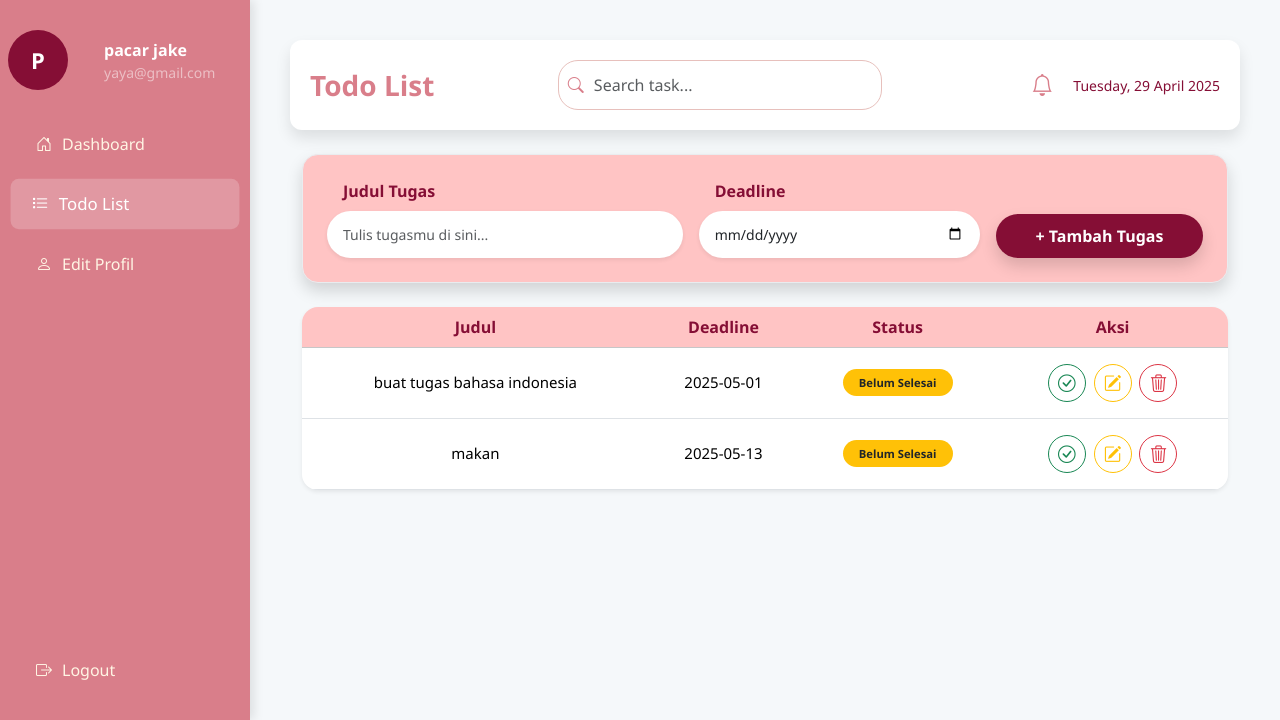
Repository: zhr-nabila/FloTime
Page: http://localhost/todo.php
These files come from the project's save history. The page is drawn as it stood at one moment and after the next save; the edit follows.
The browser window is 1280 px wide. The pictures show the whole page.
The page is run by PHP 8.4 with error messages shown; the project is at /var/www/html/. The session is filled in as if someone had signed in: {"email": "yaya@gmail.com", "status": "login", "user_id": 2}. Other server files are loaded and not shown. The database holds what the project's SQL file puts in it.

Above is the page before, as saved 2025-04-30 19:58:23.

### todo.php
<?php
session_start();
require 'koneksi.php';

// cek login
if (!isset($_SESSION['status']) || $_SESSION['status'] != "login") {
    header("Location: login.php");
    exit();
}

$user_id = $_SESSION['user_id'];
$email = $_SESSION['email'];

$search = isset($_GET['search']) ? trim($_GET['search']) : '';

// tambah task
if (isset($_POST['add_task'])) {
    $title = trim($_POST['title']);
    $deadline = $_POST['deadline'];
    $created_at = date('Y-m-d H:i:s');

    $stmt = $conn->prepare("INSERT INTO todos (user_id, title, status, deadline, created_at) VALUES (?, ?, 'pending', ?, ?)");
    $stmt->bind_param("isss", $user_id, $title, $deadline, $created_at);
    $stmt->execute();
    $stmt->close();

    header("Location: todo.php");
    exit();
}

// nandain task selesai
if (isset($_GET['done'])) {
    $task_id = (int) $_GET['done'];
    $stmt = $conn->prepare("UPDATE todos SET status = 'completed' WHERE id = ? AND user_id = ?");
    $stmt->bind_param("ii", $task_id, $user_id);
    $stmt->execute();
    $stmt->close();

    header("Location: todo.php");
    exit();
}

// hapus task
if (isset($_GET['delete'])) {
    $task_id = (int) $_GET['delete'];
    $stmt = $conn->prepare("DELETE FROM todos WHERE id = ? AND user_id = ?");
    $stmt->bind_param("ii", $task_id, $user_id);
    $stmt->execute();
    $stmt->close();

    header("Location: todo.php");
    exit();
}

// ambil daftar tugas
if (!empty($search)) {
    $like_search = "%$search%";
    $stmt = $conn->prepare("SELECT * FROM todos WHERE user_id = ? AND title LIKE ? ORDER BY deadline ASC");
    $stmt->bind_param("is", $user_id, $like_search);
} else {
    $stmt = $conn->prepare("SELECT * FROM todos WHERE user_id = ? ORDER BY deadline ASC");
    $stmt->bind_param("i", $user_id);
}

$stmt->execute();
$result = $stmt->get_result();

if (!$result) {
    die("Query gagal: " . $conn->error);
}
?>


<!DOCTYPE html>
<html lang="en">

<head>
    <meta charset="UTF-8">
    <title>Todo List</title>
    <link href="https://cdn.jsdelivr.net/npm/bootstrap@5.3.3/dist/css/bootstrap.min.css" rel="stylesheet">
    <link href="https://cdn.jsdelivr.net/npm/bootstrap-icons@1.10.5/font/bootstrap-icons.css" rel="stylesheet">
    <link rel="stylesheet" href="css/style.css">
</head>

<body>
    <!-- sidebar -->
    <?php
    $activePage = 'todo';
    include 'includes/sidebar.php';
    ?>

    <div class="main-content">
        <!-- topbar -->
        <?php
        $pageTitle = "Todo List";
        include 'includes/topbar.php';
        ?>


        <div class="container mt-4">
            <!-- <h3 class="mb-3 fw-bold">Ayo buat pengingat dirimu</h3> -->
            <form method="POST" class="mb-4 px-4 py-4 rounded-4 shadow border border-light-subtle premium-form">
                <div class="row align-items-end g-3">
                    <div class="col-md-5">
                        <label class="form-label fw-semibold px-3">Judul Tugas</label>
                        <input type="text" name="title" class="form-control form-control-sm rounded-5 shadow-sm" placeholder="Tulis tugasmu di sini..." required>
                    </div>
                    <div class="col-md-4">
                        <label class="form-label fw-semibold px-3">Deadline</label>
                        <input type="date" name="deadline" class="form-control form-control-sm rounded-5 shadow-sm" required>
                    </div>
                    <div class="col-md-3 d-grid">
                        <button type="submit" name="add_task" class="btn btn-gradient shadow fw-semibold rounded-5">+ Tambah Tugas</button>
                    </div>
                </div>
            </form>


            <?php if ($result->num_rows > 0): ?>
                <div class="table-responsive shadow-sm rounded-4 overflow-hidden">
                    <table class="table table-hover align-middle mb-0 premium-table">
                        <thead class="table-light text-center">
                            <tr>
                                <th>Judul</th>
                                <th>Deadline</th>
                                <th>Status</th>
                                <th>Aksi</th>
                            </tr>
                        </thead>
                        <tbody>
                            <?php while ($row = $result->fetch_assoc()): ?>
                                <tr>
                                    <td><?= htmlspecialchars($row['title']) ?></td>
                                    <td><?= htmlspecialchars($row['deadline']) ?></td>
                                    <td class="text-center">
                                        <?php
                                        if ($row['status'] == 'completed') {
                                            echo "<span class='badge rounded-pill text-bg-success px-3 py-2'>Selesai</span>";
                                        } elseif (date('Y-m-d') > $row['deadline']) {
                                            echo "<span class='badge rounded-pill text-bg-danger px-3 py-2'>Terlambat</span>";
                                        } else {
                                            echo "<span class='badge rounded-pill text-bg-warning text-dark px-3 py-2'>Belum Selesai</span>";
                                        }
                                        ?>
                                    </td>
                                    <td class="text-center">
                                        <?php if ($row['status'] != 'completed'): ?>
                                            <a href="?done=<?= $row['id'] ?>" class="btn btn-icon btn-outline-success btn-sm me-1" title="Tandai selesai">
                                                <i class="bi bi-check-circle"></i>
                                            </a>
                                        <?php endif; ?>
                                        <a href="edit_task.php?id=<?= $row['id'] ?>" class="btn btn-icon btn-outline-warning btn-sm me-1" title="Edit tugas">
                                            <i class="bi bi-pencil-square"></i>
                                        </a>
                                        <a href="?delete=<?= $row['id'] ?>" onclick="return confirm('Hapus tugas ini?')" class="btn btn-icon btn-outline-danger btn-sm" title="Hapus tugas">
                                            <i class="bi bi-trash3"></i>
                                        </a>
                                    </td>

                                </tr>
                            <?php endwhile; ?>
                        </tbody>
                    </table>
                </div>
            <?php else: ?>
                <p class="text-muted mt-4 text-center">✨ Tidak ada tugas ditemukan. Buat yang baru, yuk!</p>
            <?php endif; ?>

        </div>
    </div>

</body>

</html>

### koneksi.php
<?php
$host = "localhost";
$user = "root";
$pass = "";
$db = "todolist";

$conn = mysqli_connect($host, $user, $pass, $db);

if (!$conn) {
    die("Koneksi gagal: " . mysqli_connect_error());
}

### includes/sidebar.php
<?php
if (!isset($_SESSION)) session_start();
include_once 'koneksi.php';

$email = $_SESSION['email'] ?? '';

// Ambil data user
$query = mysqli_query($conn, "SELECT * FROM users WHERE email = '$email'");
$user = mysqli_fetch_assoc($query);

// Ambil nama dan avatar
$name = $user['name'] ?? '';
$avatar = $user['avatar'] ?? null;

// Ambil inisial dari nama jika ada, kalau tidak dari email
$display_name = $name ?: $email;
$initial = strtoupper(substr($display_name, 0, 1));
?>

<div class="sidebar d-flex flex-column">
<div class="px-2 d-flex align-items-center mb-4">
        <div class="user-avatar">
            <?php if ($avatar && file_exists("uploads/$avatar")): ?>
                <img src="uploads/<?= htmlspecialchars($avatar) ?>" alt="Avatar">
            <?php else: ?>
                <?= $initial ?>
            <?php endif; ?>
        </div>
        <div class="ms-3">
            <div class="fw-semibold"><?= htmlspecialchars($name ?: 'User') ?></div>
            <div class="small text-white-50"><?= htmlspecialchars($email) ?></div>
        </div>
    </div>
    <nav class="nav flex-column px-3">
        <a class="nav-link <?= ($activePage == 'dashboard') ? 'active' : '' ?>" href="dashboard.php">
            <i class="bi bi-house-door"></i> Dashboard
        </a>
        <a class="nav-link <?= ($activePage == 'todo') ? 'active' : '' ?>" href="todo.php">
            <i class="bi bi-list-task"></i> Todo List
        </a>
        <a class="nav-link <?= ($activePage == 'profile') ? 'active' : '' ?>" href="profile.php">
            <i class="bi bi-person"></i> Edit Profil
        </a>
        <a class="nav-link logout" href="logout.php">
            <i class="bi bi-box-arrow-right"></i> Logout
        </a>
    </nav>
</div>

### includes/topbar.php
<div class="header">
    <div class="title"><?= isset($pageTitle) ? htmlspecialchars($pageTitle) : 'Untitled'; ?></div>
    <div class="search-bar">
        <form method="GET" action="todo.php" class="d-flex">
            <input type="text" name="search" class="form-control" placeholder="Search task..." value="<?= isset($_GET['search']) ? htmlspecialchars($_GET['search']) : '' ?>">
            <button type="submit" class="btn"><i class="bi bi-search"></i></button>
        </form>
    </div>

    <div class="notifications">
        <i class="bi bi-bell"></i>
        <div class="date"><?= date('l, d F Y') ?></div>
    </div>
</div>

### css/style.css
@import url('https://fonts.googleapis.com/css2?family=Poppins:wght@500&display=swap');

:root {
    --c0: #ffffff;
    --c1: #E3919F;
    --c2: #E7C0BC;
    --c3: #370808;
    --c4: #D97E8A;
    --c5: #EC9FAB;
    --c6: #000000;
    /* gradient */
    --c7: #850e35;
    --c8: #ee6983;
    --c9: #ffc4c4;
    --c10: #fff5e4;
    --c11: #d1d5db;
}


*:not(input):not(textarea):not([contenteditable="true"]) {
    caret-color: transparent !important;
}

input,
textarea,
[contenteditable="true"] {
    caret-color: auto;
    outline: none;
    padding: 6px 10px;
    border-radius: 5px;
    transition: border 0.2s ease;
}

body {
    background: #f5f8fa;
    font-family: 'Segoe UI', sans-serif;
    margin: 0;
    padding: 0;
    overflow: hidden;
}

html,
body {
    height: 100%;
}


::-webkit-scrollbar {
    display: none;
}

.main-content {
    margin-left: 250px;
    padding: 40px;
    height: 100vh;
    overflow-y: auto;
}


.sidebar {
    height: 100vh;
    background: var(--c4);
    color: var(--c0);
    padding-top: 30px;
    position: fixed;
    width: 250px;
    transition: all 0.3s;
    box-shadow: 4px 0 10px rgba(0, 0, 0, 0.1);
}

.sidebar .nav-link {
    color: var(--c10);
    padding: 12px 20px;
    margin: 6px 0;
    border-radius: 8px;
    display: flex;
    align-items: center;
    gap: 10px;
    transition: all 0.3s ease;
    font-size: 16px;
}

.sidebar .nav-link:hover,
.sidebar .nav-link.active {
    background-color: rgba(255, 255, 255, 0.2);
    color: var(--c0);
    transform: scale(1.05);
}

.sidebar .nav-link.logout {
    color: var(--c10);
    padding: 12px 20px;
    margin: 22rem 0;
    border-radius: 8px;
    display: flex;
    align-items: center;
    gap: 10px;
    transition: all 0.3s ease;
    font-size: 16px;
}

.sidebar .nav-link.logout:hover {
    background-color: rgba(255, 255, 255, 0.2);
    color: var(--c0);
    transform: scale(1.05);
}

.main-content {
    margin-left: 250px;
    padding: 40px;
}

.header {
    display: flex;
    justify-content: space-between;
    align-items: center;
    padding: 20px;
    background: var(--c0);
    border-radius: 12px;
    box-shadow: 0 8px 15px rgba(0, 0, 0, 0.1);
    margin-bottom: 20px;
}

.header .title {
    font-size: 28px;
    font-weight: bold;
    color: var(--c4);
}

.header .search-bar {
    position: relative;
    width: 350px;
}

.header .search-bar input {
    width: 100%;
    padding: 12px 40px 12px 35px;
    border-radius: 20px;
    border: 1px solid var(--c2);
    font-size: 16px;
    transition: border 0.3s;
}

.header .search-bar input:focus {
    border: 1px solid var(--c4);
    outline: none;
}

.header .search-bar i {
    position: absolute;
    top: 50%;
    left: 10px;
    transform: translateY(-50%);
    color: var(--c4);
}

.header .notifications {
    display: flex;
    align-items: center;
    gap: 20px;
}

.header .notifications .bi {
    font-size: 22px;
    cursor: pointer;
    color: var(--c4);
    transition: color 0.3s;
}

.header .notifications .bi:hover {
    color: var(--c7);
}

.card-welcome {
    background: linear-gradient(135deg, var(--c9), var(--c10));
    border-radius: 10px 60px 30px;
    box-shadow: 0 15px 30px rgba(0, 0, 0, 0.1);
    padding: 30px;
    animation: fadeIn 0.6s ease;
    margin-bottom: 30px;
    color: var(--c7);
    border: none;
}

.user-avatar {
    width: 60px;
    height: 60px;
    background-color: var(--c7);
    color: var(--c0);
    font-weight: bold;
    border-radius: 50%;
    display: flex;
    align-items: center;
    justify-content: center;
    margin-right: 20px;
    font-size: 22px;
    transition: background-color 0.3s ease;
}

.user-avatar:hover {
    background-color: var(--c3);
}

.date {
    font-size: 14px;
    color: var(--c7);
}

@keyframes fadeIn {
    from {
        opacity: 0;
        transform: translateY(20px);
    }

    to {
        opacity: 1;
        transform: translateY(0);
    }
}

/* Mobile Responsiveness */
@media (max-width: 768px) {
    .sidebar {
        width: 200px;
    }

    .main-content {
        margin-left: 200px;
    }

    .header .title {
        font-size: 24px;
    }

    .header .search-bar {
        width: 250px;
    }
}

/* todo */

.container {
    animation: fadeIn 0.6s ease;
}

.premium-form {
    background-color: var(--c9);
    border: 2px solid var(--c2);
    border-radius: 12px;
}

.btn-gradient {
    background-color: var(--c7);
    color: white;
    border: none;
    transition: 0.3s ease;
    border-radius: 10px;
    padding: 10px;
}

.btn-gradient:hover {
    transform: scale(1.02);
    background-color: var(--c8);
    color: var(--c0);
    box-shadow: 0 4px 8px rgba(0, 0, 0, 0.15);
}

.form-control-sm {
    font-size: 14px;
    padding: 0.8rem 1rem;
    border: none;
}

.form-label {
    color: var(--c7);
}

.premium-table th {
    font-weight: 600;
    background-color: var(--c9);
    color: var(--c7);
}

.premium-table td {
    vertical-align: middle;
    padding-top: 16px;
    padding-bottom: 16px;
    font-size: 15px;
}

.table-hover tbody tr:hover {
    background-color: #fdf2f2;
    transition: 0.3s;
}

.table td,
.table th {
    text-align: center;
}

.btn-icon {
    width: 38px;
    height: 38px;
    padding: 0;
    border-radius: 50%;
    display: inline-flex;
    align-items: center;
    justify-content: center;
    font-size: 1.1rem;
    transition: all 0.3s ease-in-out;
}

.btn-icon:hover {
    box-shadow: 0 0 10px rgba(100, 180, 255, 0.4);
    transform: scale(1.08);
}

### todolist.sql (the tables this page reads)
CREATE TABLE `todos` (
  `id` int(11) NOT NULL,
  `user_id` int(11) NOT NULL,
  `title` varchar(255) NOT NULL,
  `status` enum('pending','completed') DEFAULT 'pending',
  `deadline` date DEFAULT NULL,
  `created_at` timestamp NOT NULL DEFAULT current_timestamp()
) ENGINE=InnoDB DEFAULT CHARSET=utf8mb4 COLLATE=utf8mb4_general_ci;

INSERT INTO `todos` (`id`, `user_id`, `title`, `status`, `deadline`, `created_at`) VALUES
(2, 2, 'buat tugas bahasa indonesia', 'pending', '2025-05-01', '2025-05-15 17:11:25'),
(5, 2, 'makan', 'pending', '2025-05-13', '2025-05-21 19:26:13');

ALTER TABLE `todos`
  ADD PRIMARY KEY (`id`),
  ADD KEY `user_id` (`user_id`);

ALTER TABLE `todos`
  MODIFY `id` int(11) NOT NULL AUTO_INCREMENT, AUTO_INCREMENT=6;

ALTER TABLE `todos`
  ADD CONSTRAINT `todos_ibfk_1` FOREIGN KEY (`user_id`) REFERENCES `users` (`id`);

CREATE TABLE `users` (
  `id` int(11) NOT NULL,
  `email` varchar(255) NOT NULL,
  `name` varchar(100) DEFAULT NULL,
  `password` varchar(255) NOT NULL,
  `photo` varchar(255) DEFAULT NULL
) ENGINE=InnoDB DEFAULT CHARSET=utf8mb4 COLLATE=utf8mb4_general_ci;

INSERT INTO `users` (`id`, `email`, `name`, `password`, `photo`) VALUES
(2, 'yaya@gmail.com', 'pacar jake', '1234', '682bf641de05a.jpeg');

ALTER TABLE `users`
  ADD PRIMARY KEY (`id`),
  ADD UNIQUE KEY `email` (`email`);

ALTER TABLE `users`
  MODIFY `id` int(11) NOT NULL AUTO_INCREMENT, AUTO_INCREMENT=4;

After the next save:
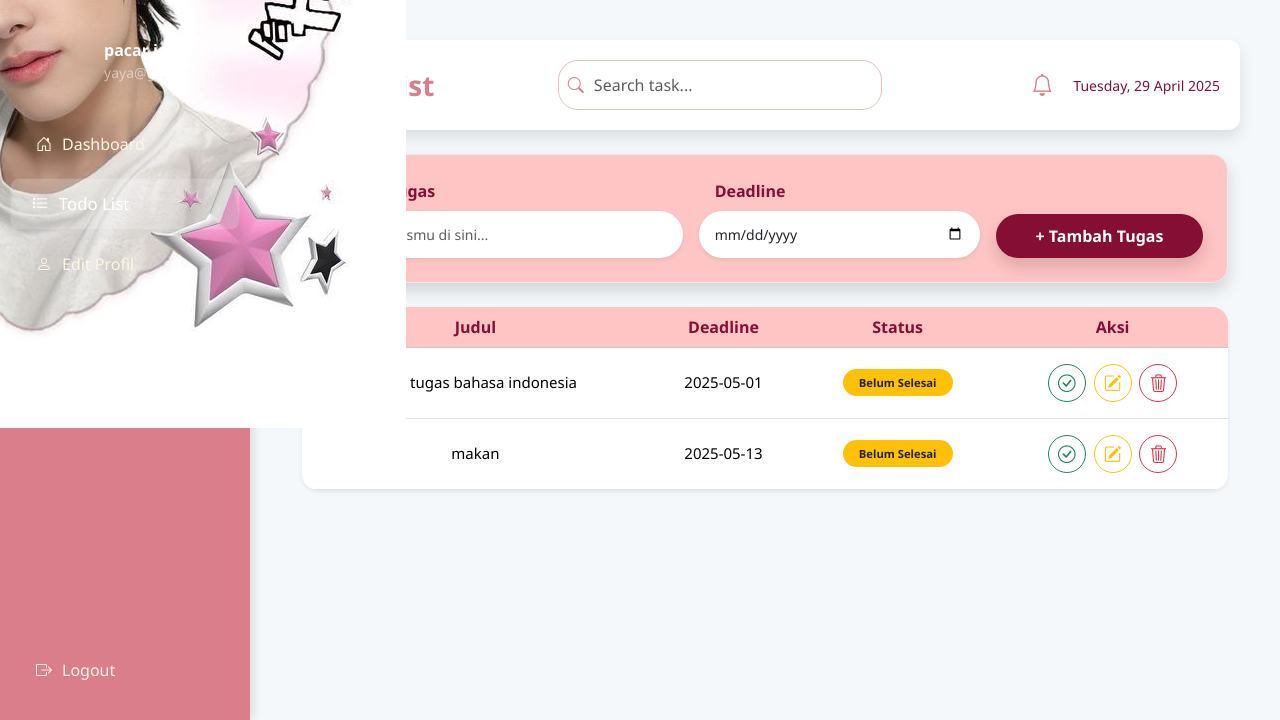
Saved 4 min 14 s later.
--- a/includes/sidebar.php
+++ b/includes/sidebar.php
@@ -8,9 +8,9 @@ $email = $_SESSION['email'] ?? '';
 $query = mysqli_query($conn, "SELECT * FROM users WHERE email = '$email'");
 $user = mysqli_fetch_assoc($query);
 
-// Ambil nama dan avatar
+// Ambil nama dan foto
 $name = $user['name'] ?? '';
-$avatar = $user['avatar'] ?? null;
+$avatar = $user['photo'] ?? null; // GUNAKAN 'photo' bukan 'avatar'
 
 // Ambil inisial dari nama jika ada, kalau tidak dari email
 $display_name = $name ?: $email;
@@ -18,7 +18,7 @@ $initial = strtoupper(substr($display_name, 0, 1));
 ?>
 
 <div class="sidebar d-flex flex-column">
-<div class="px-2 d-flex align-items-center mb-4">
+    <div class="px-2 d-flex align-items-center mb-4">
         <div class="user-avatar">
             <?php if ($avatar && file_exists("uploads/$avatar")): ?>
                 <img src="uploads/<?= htmlspecialchars($avatar) ?>" alt="Avatar">
